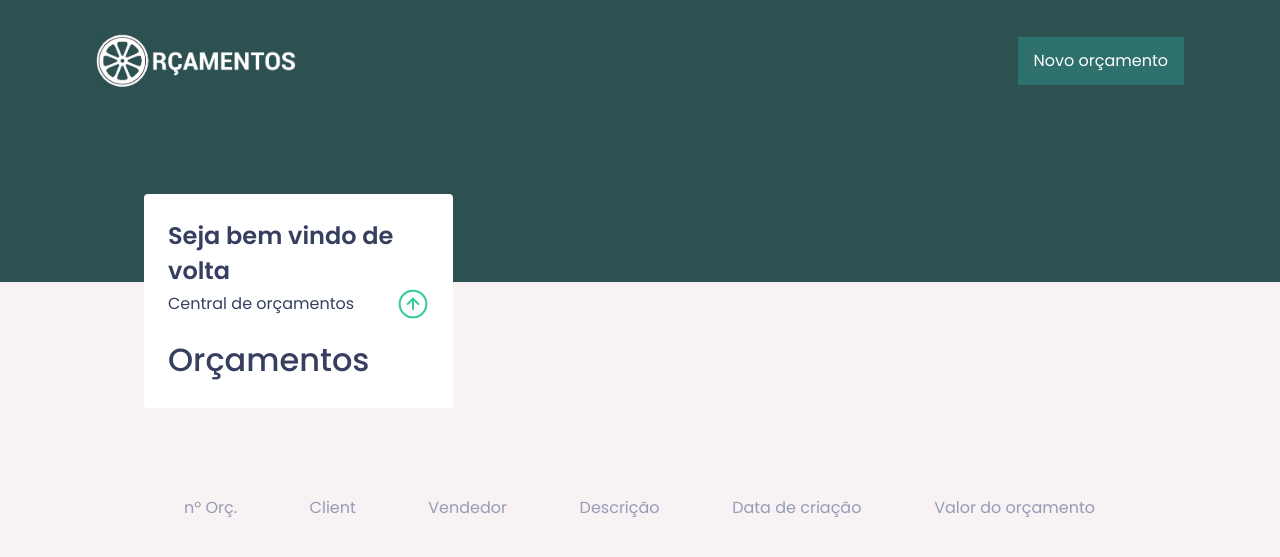
Repository: soualexandre/frentend-botOrcamentos
Page: /
The author's editor kept a copy of each file at every save. The page is drawn from the files as they stood at one save, then again after the next save.
The browser window is 1280 px wide. The pictures show the whole page.
The page's requests for data from a server got no answer. The project was rebuilt for these pictures with package versions that can differ from the ones it lists, and the page was loaded fresh each time. No one was signed in, and anything a server would have sent is missing.

Above is the page before, as saved 2021-07-20 17:45:17.

### public/index.html
<!DOCTYPE html>
<html lang="en">
  <head>
    <link rel="preconnect" href="https://fonts.googleapis.com">
    <link rel="preconnect" href="https://fonts.gstatic.com" crossorigin>
    <meta charset="utf-8" />
    <meta name="viewport" content="width=device-width, initial-scale=1" />
    <link href="https://fonts.googleapis.com/css2?family=Poppins:wght@400;500;600&display=swap" rel="stylesheet">
    <link rel="stylesheet" href="favicon.png" type="image/png">
    <title>DtMoney</title>
  </head>
  <body>
    <noscript>You need to enable JavaScript to run this app.</noscript>
    <div id="root"></div>
  </body>
</html>

### src/App.tsx
import { Dashboard } from './components/Dashboard';
import { Header } from './components/Header';
import { GlobalStyle } from './styles/global';
import { ToastContainer } from 'react-toastify';
import 'react-toastify/dist/ReactToastify.css';
import Modal from 'react-modal'
import { useState } from 'react';
import {NewTransactionModal} from './components/NewTransactionModal'
import { TransacticionsProvider } from './hooks/useTransactions';
Modal.setAppElement('#root');

export function App() {

  const [isNewTransactionModalOpen, setIsNewTransactionModalOpen] = useState(false);

  function hadleOpenNewTransactionModal() {
    setIsNewTransactionModalOpen(true)
  }
  function hadleCloseNewTransactionModal() {
    setIsNewTransactionModalOpen(false)
  }

  return (
    <TransacticionsProvider>
      <ToastContainer />
      <Header onOpenNewTransactionModal={hadleOpenNewTransactionModal}/>
      <Dashboard />
      <NewTransactionModal
      isOpen={isNewTransactionModalOpen}
      onRequestClose={hadleCloseNewTransactionModal}/>
      <GlobalStyle />
    </TransacticionsProvider>
  );
}

### src/components/Dashboard/index.tsx
import { Sumary } from "../Sumary";
import { TransactionsTable } from "../transactionsTable";
import { Container } from "./styles";


export function Dashboard(){
    return(
       <Container>
          <Sumary/>
          <TransactionsTable />
       </Container>
    );
}

### src/components/Header/index.tsx
import LogoImg from '../../assets/logo.png'
import { Container, Content } from './styles'

interface HeaderProps{
    onOpenNewTransactionModal: () => void;
}


export function Header({onOpenNewTransactionModal} :HeaderProps ) {
    return (
        <Container>
            <Content>
                <img src={LogoImg} alt="dtMoney" />
                <button type="button" onClick={onOpenNewTransactionModal}>
                    Novo orçamento
                </button>
            </Content>
        </Container>
    );
}

### src/styles/global.ts
import { createGlobalStyle } from 'styled-components'


export const GlobalStyle = createGlobalStyle`

    :root{
        --background: #f8f2f5;

        --red: #e52e40;
        --blue: #2D5051;
        --green: #33cc95;
        --blue-light:#2E706C;

        --text-title: #363f5f;
        --text-body: #969cb3;

        --shape: #ffffff;

    }

    *{
        margin: 0;
        padding: 0;
        box-sizing: border-box;
    }
    html{
        @media (max-width: 1080px){
            font-size: 93.5%;
        }

    }

    body{
        background: var(--background);
        -webkit-font-smoothing: antialiased;
    }

    body, input, textarea, button{
        font-family: 'Poppins', sans-serif;
        font-weight: 400;
    }

    h1, h2, h3, h4, h5, h6, strong{
        font-weight: 600;
    }

    button{
        cursor: pointer;
    }
    [disable]{
        opacity: 0.6;
        cursor: not-allowed;
    }



    .react-modal-overlay{
        background: rgba(0, 0, 0, 0.3);
        position: fixed;
        top: 0;
        bottom: 0;
        right: 0;
        left: 0;

        display: flex;
        justify-content: center;
        align-items: center;
    }
    .react-modal-content{
        width: 100%;
        max-width: 576px;
        background: var(--background);
        padding: 3rem;
        position: relative;
        border-radius: 0.25rem;
    }
    .react-modal-close{
        position: absolute;
        right: 1.5rem;
        top: 1.5rem;
        border: 0;
        background: transparent;
        transition: filter 0.2s;
        &:hover{
            filter: brightness(0.8);
        }
    }


`;

### src/components/NewTransactionModal/index.tsx
import Modal from 'react-modal'
import { FormEvent, useState } from 'react'
import { Container, TransactionsTypeContainer, RadioBox } from './styles'
import closeImg from '../../assets/close.svg'
import { useTransactions } from '../../hooks/useTransactions';

interface NewTransactionModalProps {
    isOpen: boolean;
    onRequestClose: () => void;
}



export function NewTransactionModal({ isOpen, onRequestClose }: NewTransactionModalProps) {
    const {createTransaction} = useTransactions();

    const [client, setClient] = useState('');
    const [seller, setSeller] = useState('');
    const [description, setDescription] = useState('');
    const [budget_amount, setValueBudget] = useState(0);

     async function handleCreateNewTransaction(event: FormEvent) {
        event.preventDefault();
        await createTransaction({
          client,
          seller,
          description,
          budget_amount,
      })
      setClient('');
      setSeller('');
      setDescription('');
      setValueBudget(0);
      onRequestClose();
    }
    return (
        <Modal
            isOpen={isOpen}
            onRequestClose={onRequestClose}
            overlayClassName="react-modal-overlay"
            className="react-modal-content"
        >
            <button
                type="button"
                onClick={onRequestClose}
                className="react-modal-close">
                <img src={closeImg} alt="fechar modal" />
            </button>

            <Container >
                <h2>Criar orçamento</h2>
                <input
                    placeholder="Cliente"
                    onChange={ (e) => setClient(e.target.value)}
                />

                <input
                    type="text"
                    placeholder="Vendedor"
                    onChange={ (e) => setSeller(e.target.value)}
                />
                <input
                    type="number"
                    placeholder="Valor da orçamento"
                    onChange={ (e) => setValueBudget(Number(e.target.value))}

                />
                <textarea
                placeholder="Descrição do orçamento"
                onChange={ (e) => setDescription(e.target.value)}
                />


                <button type="submit" onClick={handleCreateNewTransaction} >
                    Cadastrar
                </button>


            </Container>

        </Modal>
    );
}

### src/hooks/useTransactions.tsx
import {createContext, useEffect, useState, ReactNode, useContext} from 'react';
import { api } from "../services/api";
import { toast } from 'react-toastify';


interface Transaction {
    id: number;
    client: string;
    seller: string;
    description: string;
    created_at: string;
    budget_amount: number;
}
interface TransactionsContextData{
    transactions: Transaction[];
    createTransaction: (transaction:TransactionInput) => Promise<void>;
    deleteTransaction: (productId: number) => void;
}

type TransactionInput = Omit<Transaction, 'id' | 'created_at'>;

interface TrabsactionsProviderProps{
    children: ReactNode;
}
 const TransactionsContext = createContext<TransactionsContextData>(
    {} as TransactionsContextData
    );


export function TransacticionsProvider({children} : TrabsactionsProviderProps){
    const [transactions, setTransactions] = useState<Transaction[]>([]);


   async function createTransaction(transactionInput: TransactionInput){
      const response = await api.post('/budget/create', {
        ...transactionInput,
    })
    console.log(response.data)
    setTransactions([
        response.data,
        ...transactions
    ])

    }
    async function deleteTransaction(productId: number){
       const response =  await api.delete(`/budget/delete/${productId}`)
        setTransactions(response.data)
        toast.success('Orçamento removido com sucesso');
    }

    useEffect(() => {
        api.get('budget')
            .then(response => setTransactions(response.data))
    },[])

    return (
        <TransactionsContext.Provider value={{transactions, createTransaction, deleteTransaction}}>
            {children}
        </TransactionsContext.Provider>
    );
}

export function useTransactions(){
    const context = useContext(TransactionsContext);
    return context;
}

### src/components/Sumary/index.tsx
import { Container } from './styles'
import iconImg from '../../assets/income.svg'

export function Sumary() {


    return (
        <Container>
            <div>
                    <h2>
                        Seja bem vindo de volta
                    </h2>
                <header>
                    <p>Central de orçamentos</p>
                    <img src={iconImg} alt=" icon" />
                </header>
                <strong>
                    Orçamentos
                </strong>
            </div>
        </Container >
    );
}

### src/components/transactionsTable/index.tsx
import { useTransactions } from "../../hooks/useTransactions";
import { Container } from './styles'
import DeleteImg from '../../assets/delete.svg'
import viewImg from '../../assets/view.svg'
import EditImg from '../../assets/edit.svg'

export function TransactionsTable() {
    const { transactions, deleteTransaction } = useTransactions();

    async function handleCreateNewTransaction(id: number) {
        deleteTransaction(id);
    }


    return (
        <Container>
            <table>
                <thead>
                    <tr>
                        <th>nº Orç.</th>
                        <th>Client</th>
                        <th>Vendedor</th>
                        <th>Descrição</th>
                        <th>Data de criação</th>
                        <th>Valor do orçamento</th>
                    </tr>
                </thead>
                <tbody>
                    {transactions.map(transaction => (
                        <tr key={transaction.id}>
                            <td>{transaction.id}</td>
                            <td>{transaction.client}</td>
                            <td>
                                {transaction.seller}
                            </td>
                            <td >{transaction.description}</td>
                            <td>{
                                new Intl.DateTimeFormat('pt-BR').format(
                                    new Date(transaction.created_at)
                                )}
                            </td>
                            <td>
                                {new Intl.NumberFormat('pt-BR', {
                                    style: 'currency',
                                    currency: 'BRL',
                                }).format(transaction.budget_amount)}
                            </td>
                            <td>

                                <div className="optionsIncons">
                                    <img src={viewImg} alt="Deletar orçamento" onClick={() => handleCreateNewTransaction(transaction.id)}></img>
                                    <img src={EditImg} alt="Deletar orçamento" onClick={() => handleCreateNewTransaction(transaction.id)}></img>
                                    <img src={DeleteImg} alt="Deletar orçamento" onClick={() => handleCreateNewTransaction(transaction.id)}></img>
                                </div>
                            </td>
                        </tr>
                    ))}
                </tbody>
            </table>
        </Container>
    );
}

### src/components/Dashboard/styles.ts
import styled from 'styled-components'

export const Container = styled.header`
    max-width: 80%;
    margin:0 auto;
    padding: 4.5rem 1rem;
`;

### src/components/Header/styles.ts
import styled from 'styled-components'

export const Container = styled.header`
    background: var(--blue);

`;
export const Content = styled.header`
    background: var(--blue);
    max-width: 1120px;
    margin: 0 auto;
    padding: 2rem 1rem 12rem;

    display: flex;
    align-items: center;
    justify-content: space-between;
    button{
        font-size: 1rem;
        color: #fff;
        background: var(--blue-light);
        border: 0;
        padding:0.2rem;
        padding-left: 1rem;
        padding-right: 1rem;
        height: 3rem;

        transition: filter 0.2s;
        &:hover{
            filter: brightness(0.9);
        }

    }
    img{
        width: 200px;
    }
`;

### src/components/NewTransactionModal/styles.ts
import styled from 'styled-components'
import { darken, transparentize } from 'polished';

export const Container = styled.form`
        h2{
            color: var(--text-title);
            font-size: 1.5rem;
            margin-bottom: 2rem;
        }

        input{
            width: 100%;
            padding: 0 1.5rem;
            height: 4rem;
            border-radius: 0.25rem;
            border: 1px solid #d7d7d7;
            background: #e7e9ee;
            font-weight: 400;
            font-size: 1rem;

            &::placeholder{
                color: vat(--text-body);

            }
            & + input {
                margin-top: 1rem;
            }
        }
        textarea{
            width: 100%;
            padding: 1rem 1.5rem;
            height: 8rem;
            border-radius: 0.25rem;
            border: 1px solid #d7d7d7;
            background: #e7e9ee;
            font-weight: 400;
            font-size: 1rem;
            margin-top: 1rem;
        }
        button[type="submit"]{
            width: 100%;
            padding: 0 1.3rem;
            height: 4rem;
            background: var(--green);
            color: #fff;
            border-radius: 0.25rem;
            border: 0;
            font-size: 1rem;
            margin-top: 1.5rem;
            font-weight: 600;
            transition: filter 0.2s;
            &:hover{
                filter: brightness(0.9)
            }
        }


`;

export const TransactionsTypeContainer = styled.div`

        margin: 1rem 0;
        display: grid;
        grid-template-columns: 1fr 1fr;
        gap: 0.5rem;


`;

interface RadioBoxProps{
    isActive: boolean;
    activeColor: 'green' | 'red';
}
const colors ={
    green: '#33cc95',
    red: '#e52e40',
}

export const RadioBox = styled.button<RadioBoxProps>`
    height: 4rem;
            border: 1px solid #d2d2d2;
            border-radius: 0.25rem;

            background: ${(props) => props.isActive
            ? transparentize(0.9, colors[props.activeColor])
            : 'transparent'
            };


            display: flex;
            align-items: center;
            justify-content:center;
            transition: border-color 0.2s;

            &:hover{
                border-color: ${darken(0.2, '#000')};
            }

            img{
                height: 20px;
                width: 20px;
            }
            span{
                display: inline-block;
                margin: 1rem;
                font-size: 1rem;
                color: var(--text-title);
            }
`;

### src/services/api.ts
import axios from 'axios';

export const api = axios.create({
    baseURL: 'http://localhost:8000/api',
})

### src/components/Sumary/styles.ts
import styled from 'styled-components'


export const Container = styled.div`
    display: grid;
    grid-template-columns: repeat(3,1fr);
    gap: 2rem;
    margin-top: -10rem;

div{
    background: var(--shape);
    padding: 1.5rem;
    border-radius: 0.25rem;
    color: var(--text-title);

    &.highlightBackground{
        background: #33cc95;
        color: #fff;
    }
    header{
        display: flex;
        align-items: center;
        justify-content: space-between;
    }

    strong{
        display: block;
        margin-top: 1rem;
        font-size: 2rem;
        line-height: 3rem;
        font-weight: 500;
    }

}
`;

### src/components/transactionsTable/styles.ts
import styled from "styled-components";

export const Container = styled.div`
  margin-top: 4rem;
  table {
    width: 100%;
    border-spacing: 0.5rem;
    th {
      color: var(--text-body);
      font-weight: 400;
      padding: 1rem 2rem;
      text-align: left;
      line-height: 1.5rem;
    }
    td {
      padding: 1rem 2rem;
      border: 0;
      background: var(--shape);
      color: var(--text-body);
      border-radius: 0.25rem;

      &.first-child {
        color: var(--text-title);
      }

        img {
          width: 1.5rem;
          height: 1.5rem;
      }
    }

  }
 div{
  display: flex;
  justify-content:center;
  align-items: center;
  gap: 1rem;
  }


`;

Loaded but not shown: src/index.tsx (common file)

After the next save:
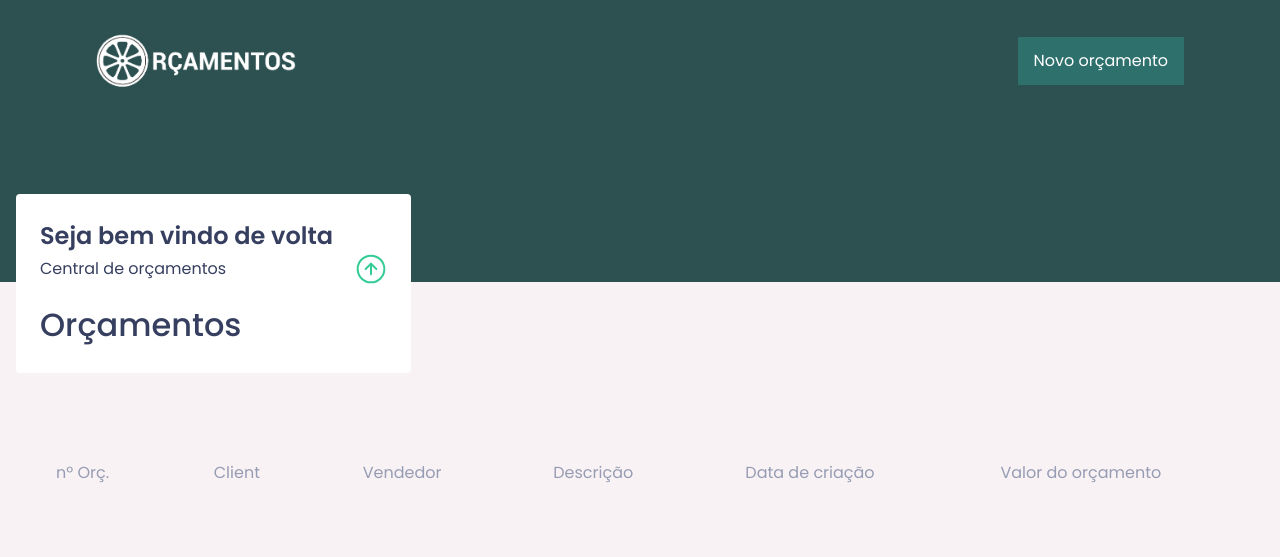
Saved 9 s later.
--- a/src/components/Dashboard/styles.ts
+++ b/src/components/Dashboard/styles.ts
@@ -1,7 +1,7 @@
 import styled from 'styled-components'
 
 export const Container = styled.header`
-    max-width: 80%;
+    max-width: 100%;
     margin:0 auto;
     padding: 4.5rem 1rem;
 `;
